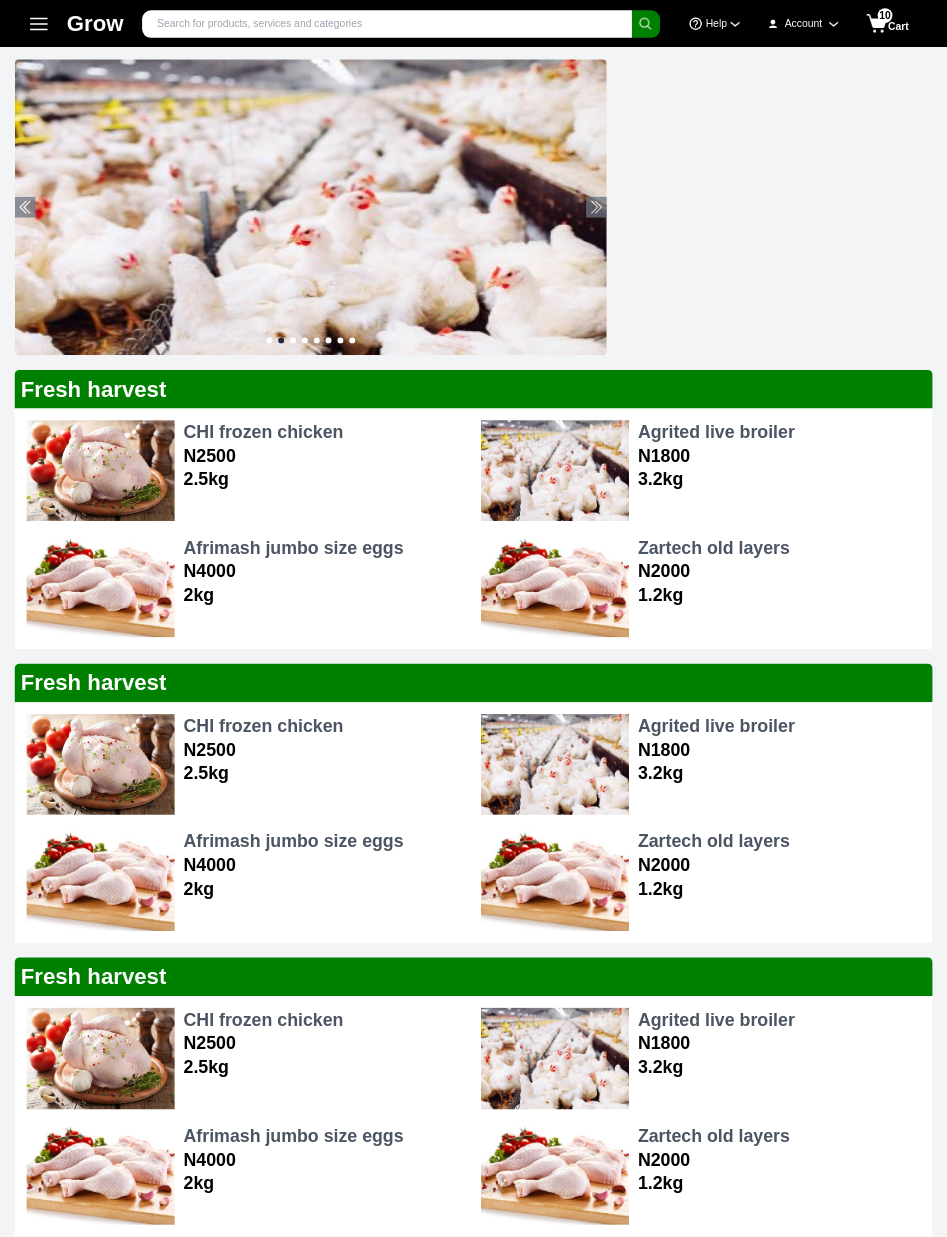
Repository: IssaMuiz/ifarmstock
Page: /
An editor plug-in stored every save of this project. The page is shown before and after the next save, followed by the edit.
The browser window is 1280 px wide. The pictures show the whole page, at 74% of full size.
The project was rebuilt for these pictures with package versions that can differ from the ones it lists, and the page was loaded fresh each time. The framework's server and built-in components were replaced by stand-ins that run in the browser. Also part of the build but not shown: next.config.mjs.

Above is the page before, as saved 2024-08-31 02:12:01.

### app/layout.tsx
import "@/styles/globals.css";

export const metadata = {
  title: "Grow",
  description: "Livestock farming e-commerce application",
};

export default function RootLayout({
  children,
}: {
  children: React.ReactNode;
}) {
  return (
    <html lang="en">
      <body className="bg-gray-100 h-auto w-auto">
        <section>{children}</section>
      </body>
    </html>
  );
}

### app/page.tsx
"use client";
import ProductCardToday from "@/components/productcardToday";
import ProductSlider from "@/components/productSlider";
import ClientLayout from "@/components/clientLayout";

const Home = () => {
  return (
    <ClientLayout>
      <div className="pt-20 mx-5">
        <div>
          <ProductSlider />

          <div className="bgColor text w-full h-auto mt-5 text-3xl p-2 rounded-t-md font-semibold">
            Fresh harvest
          </div>
          <ProductCardToday />
          <div className="bgColor text w-full h-auto mt-5 text-3xl p-2 rounded-t-md font-semibold">
            Fresh harvest
          </div>
          <ProductCardToday />
          <div className="bgColor text w-full h-auto mt-5 text-3xl p-2 rounded-t-md font-semibold">
            Fresh harvest
          </div>
          <ProductCardToday />
        </div>
      </div>
    </ClientLayout>
  );
};

export default Home;

### styles/globals.css
@tailwind base;
@tailwind components;
@tailwind utilities;

.scrollbar {
  scrollbar-width: thin;
  scrollbar-color: gray #313131;
}

.bgColor {
  background-color: green;
}

.text {
  color: white;
}

body {
  font-family: Arial, Helvetica, sans-serif;
  font-size: 14px;
}

### components/productcardToday.tsx
import Image from "next/image";
import poultryProduct from "../models/poultryProduct.json";
const ProductCardToday = () => {
  return (
    <div className="bg-white h-auto p-4">
      <div className="grid grid-cols-2 gap-5">
        {poultryProduct.map((product, index) => (
          <div key={index} className="flex gap-3">
            <Image src={product.image} alt="poultry" width={200} height={200} />
            <div className="text-2xl font-semibold">
              <p className="text-gray-600">{product.name}</p>
              <p>N{product.Price}</p>
              <p>{product.weight}</p>
            </div>
          </div>
        ))}
      </div>
    </div>
  );
};

export default ProductCardToday;

### components/productSlider.tsx
"use client";
import Image from "next/image";
import { useEffect, useState } from "react";

const ProductSlider = () => {
  const images = [
    "/assets/images/poultry-image1-slider.jpg",
    "/assets/images/poultry-image2-slider.jpg",
    "/assets/images/poultry-image3-slider.jpg",
    "/assets/images/poultry-image4-slider.jpg",
    "/assets/images/poultry-image5-slider.jpg",
    "/assets/images/poultry-image6-slider.jpg",
    "/assets/images/poultry-image7-slider.jpg",
    "/assets/images/catfish-image1-slider.jpg",
  ];

  const [index, setIndex] = useState(0);

  const handleSliceNext = () => {
    setIndex((index + 1) % images.length);
  };
  const handleSlicePrev = () => {
    setIndex((index - 1) % images.length);
  };

  const handleIndicatorClick = (i: number) => {
    setIndex(i);
  };

  useEffect(() => {
    const intervalId = setInterval(() => {
      handleSliceNext();
    }, 5000);
    return () => clearInterval(intervalId);
  }, [index]);
  return (
    <div className="relative w-[800px] overflow-hidden">
      <div
        className="flex transition-transform duration-500 ease-in-out"
        style={{ transform: `translateX(-${index * 100}%)` }}
      >
        {images.map((image, i) => (
          <div key={i} className="min-w-full">
            <Image
              className="h-[400px] rounded-md"
              src={image}
              alt={`Slide ${i + 1}`}
              width={800}
              height={200}
            />
          </div>
        ))}
      </div>
      <button
        type="button"
        onClick={handleSlicePrev}
        className="absolute left-0 top-1/2 tranform -translate-y-1/2 bg-gray-500 text-white px-1 py-1 opacity-75 hover:opacity-100 transition-opacity"
      >
        <Image
          className=""
          src="/assets/icons/arrow-left.png"
          alt="arrow-right-icon"
          width={20}
          height={20}
        />
      </button>
      <button
        type="button"
        onClick={handleSliceNext}
        className="absolute right-0 top-1/2 tranform -translate-y-1/2 bg-gray-500 text-white px-1 py-1 opacity-75 hover:opacity-100 transition-opacity"
      >
        <Image
          className=""
          src="/assets/icons/right-arrow.png"
          alt="arrow-right-icon"
          width={20}
          height={20}
        />
      </button>
      <div className="absolute bottom-4 left-0 right-0 flex justify-center space-x-2">
        {images.map((_, i) => (
          <button
            key={i}
            onClick={() => handleIndicatorClick(i)}
            className={`w-2 h-2 rounded-full ${
              index === i ? "bg-gray-800" : "bg-white"
            }`}
          />
        ))}
      </div>
    </div>
  );
};

export default ProductSlider;

### components/clientLayout.tsx
"use client";
import Navbar from "@/components/navbar";
import Sidenav from "@/components/sidenav";
import { useState, createContext } from "react";

export const SidebarContext = createContext({
  isOpen: false,
  toggleSidebar: () => {},
});

const ClientLayout = ({ children }: { children: React.ReactNode }) => {
  const [isOpen, setIsOpen] = useState(false);

  const toggleSidebar = () => {
    setIsOpen((prev) => !prev);
  };
  return (
    <SidebarContext.Provider value={{ isOpen, toggleSidebar }}>
      <Navbar />
      <Sidenav />
      <div
        className={`fixed inset-0 bg-black transition-opacity duration-300 ease-in-out z-10 ${
          isOpen
            ? "opacity-70 pointer-events-auto"
            : "opacity-0 pointer-events-none"
        }`}
        onClick={toggleSidebar}
      ></div>
      <section
        className={`relative z-0 transition-all duration-300 ease-in-out `}
      >
        {children}
      </section>
    </SidebarContext.Provider>
  );
};

export default ClientLayout;

### models/poultryProduct.json
[
  {
    "image": "/assets/images/poultry-image1-slider.jpg",
    "name": "CHI frozen chicken",
    "Price": "2500",
    "weight": "2.5kg"
  },
  {
    "image": "/assets/images/poultry-image2-slider.jpg",
    "name": "Agrited live broiler",
    "Price": "1800",
    "weight": "3.2kg"
  },
  {
    "image": "/assets/images/poultry-image5-slider.jpg",
    "name": "Afrimash jumbo size eggs",
    "Price": "4000",
    "weight": "2kg"
  },
  {
    "image": "/assets/images/poultry-image5-slider.jpg",
    "name": "Zartech old layers",
    "Price": "2000",
    "weight": "1.2kg"
  }
]

### components/navbar.tsx
"use client";
import Image from "next/image";
import { useContext } from "react";
import { SidebarContext } from "./clientLayout";
const Navbar = () => {
  const { toggleSidebar } = useContext(SidebarContext);
  return (
    <nav className="fixed bg-black text w-full h-16 flex items-center justify-between top-0 left-0 right-0 px-10 z-10">
      <button onClick={toggleSidebar}>
        <svg
          className="fill-white hover:fill-[green] cursor-pointer"
          xmlns="http://www.w3.org/2000/svg"
          viewBox="0 0 50 50"
          width="25px"
          height="25px"
        >
          <path d="M 3 8 A 2.0002 2.0002 0 1 0 3 12 L 47 12 A 2.0002 2.0002 0 1 0 47 8 L 3 8 z M 3 23 A 2.0002 2.0002 0 1 0 3 27 L 47 27 A 2.0002 2.0002 0 1 0 47 23 L 3 23 z M 3 38 A 2.0002 2.0002 0 1 0 3 42 L 47 42 A 2.0002 2.0002 0 1 0 47 38 L 3 38 z" />
        </svg>
      </button>
      <div className="Leftnav text text-3xl font-semibold cursor-pointer ml-5">
        Grow
      </div>
      <div className="Middlenav flex flex-1 mx-5 max-w-[700px] items-center">
        <input
          className=" px-5 py-2 w-full rounded-l-xl text-black outline-none"
          type="text"
          placeholder="Search for products, services and categories"
        />
        <div className="h-[37px] w-10 bgColor pt-2 pl-2 rounded-r-xl cursor-pointer">
          <Image
            className=""
            src="/assets/icons/search.png"
            alt="search-icon"
            width={20}
            height={20}
          />
        </div>
      </div>
      <div className="Rightnav flex items-center justify-between gap-3">
        <div className="flex items-center gap-1 cursor-pointer rounded-md p-3 hover:bg-[green]">
          <Image
            src="/assets/icons/help.png"
            alt="help-icon"
            width={20}
            height={20}
          />
          <p className="">Help</p>
          <Image
            src="/assets/icons/arrow-down.png"
            alt="help-icon"
            width={15}
            height={15}
          />
        </div>
        <div className="flex items-center gap-2  cursor-pointer rounded-md p-3 hover:bg-[green]">
          <Image
            src="/assets/icons/account.png"
            alt="help-icon"
            width={15}
            height={15}
          />
          <p>Account</p>
          <Image
            src="/assets/icons/arrow-down.png"
            alt="help-icon"
            width={15}
            height={15}
          />
        </div>
        <div className="flex relative cursor-pointer p-3 hover:bg-[green] rounded-md">
          <Image
            src="/assets/icons/cart.png"
            alt="cart-icon"
            width={30}
            height={20}
          />
          <p className="bg-white h-5 w-5 rounded-full text-black absolute left-7 bottom-7 text-center font-semibold">
            10
          </p>
          <p className="font-semibold mt-2 ">Cart</p>
        </div>
      </div>
    </nav>
  );
};

export default Navbar;

### components/sidenav.tsx
"use client";
import Image from "next/image";
import Link from "next/link";
import { useState } from "react";
import { useContext } from "react";
import { SidebarContext } from "./clientLayout";
const Sidenav = () => {
  const [categories, setCategories] = useState([
    {
      id: "1",
      name: "Broiler",
      expanded: false,
      arrowIcon: "/assets/icons/arrow-icon--right.png",
      dropdownlink: [
        { name: "Day Old Chicks", link: "/" },
        { name: "Matured Broilers", link: "/" },
        { name: "Frozen Chicken", link: "/" },
      ],
    },
    {
      id: "2",
      name: "Layers",
      expanded: false,
      arrowIcon: "/assets/icons/arrow-icon--right.png",
      dropdownlink: [
        { name: "Pullet", link: "/" },
        { name: "Point Of Lay", link: "/" },
        { name: "Old Layers", link: "/" },
      ],
    },
    {
      id: "3",
      name: "Catfish",
      expanded: false,

      arrowIcon: "/assets/icons/arrow-icon--right.png",
      dropdownlink: [
        { name: "Fingerlings/Juvenile", link: "/" },
        { name: "Matured Catfish", link: "/" },
        { name: "Smoked Catfish", link: "/" },
      ],
    },
  ]);

  const handleDropdown = (id: string) => {
    setCategories((prev) =>
      prev.map((category) =>
        category.id === id
          ? { ...category, expanded: !category.expanded }
          : category
      )
    );
  };

  const { isOpen } = useContext(SidebarContext);
  return (
    <nav
      className={`fixed h-auto z-20 left-0 top-0 bottom-0 w-[300px] transform transition-transform duration-300  bg-gray-100 ${
        isOpen ? "translate-x-0" : "-translate-x-full"
      }`}
    >
      <div className="bgColor h-14 flex items-center text text-2xl pl-5 font-semibold gap-3">
        <Image
          src="/assets/icons/account.png"
          alt="profile-icon"
          height={25}
          width={25}
        />
        <p>Hello User</p>
      </div>
      <div className="overflow-scroll overflow-x-hidden scrollbar pb-5">
        {categories.map((category) => (
          <div onClick={() => handleDropdown(category.id)} key={category.id}>
            <div className="text-lg flex justify-between items-center font-semibold hover:bg-gray-300 mt-5 p-2 cursor-pointer">
              <div>{category.name}</div>

              <Image
                className={`${
                  category.expanded &&
                  "rotate-90 duration-300 transition-transform"
                } h-4 w-4`}
                src={category.arrowIcon}
                alt="arrow-icon"
                width={3}
                height={3}
              />
            </div>

            <div>
              {category.expanded && (
                <div>
                  {category.dropdownlink.map((dropdown, index) => (
                    <div className="hover:bg-gray-300" key={index}>
                      <Link href={dropdown.link}>
                        <div className="p-3 text-md ">{dropdown.name}</div>
                      </Link>
                    </div>
                  ))}
                </div>
              )}
            </div>
          </div>
        ))}
      </div>
    </nav>
  );
};

export default Sidenav;

Loaded but not shown: tailwind.config.ts (common file)

After the next save:
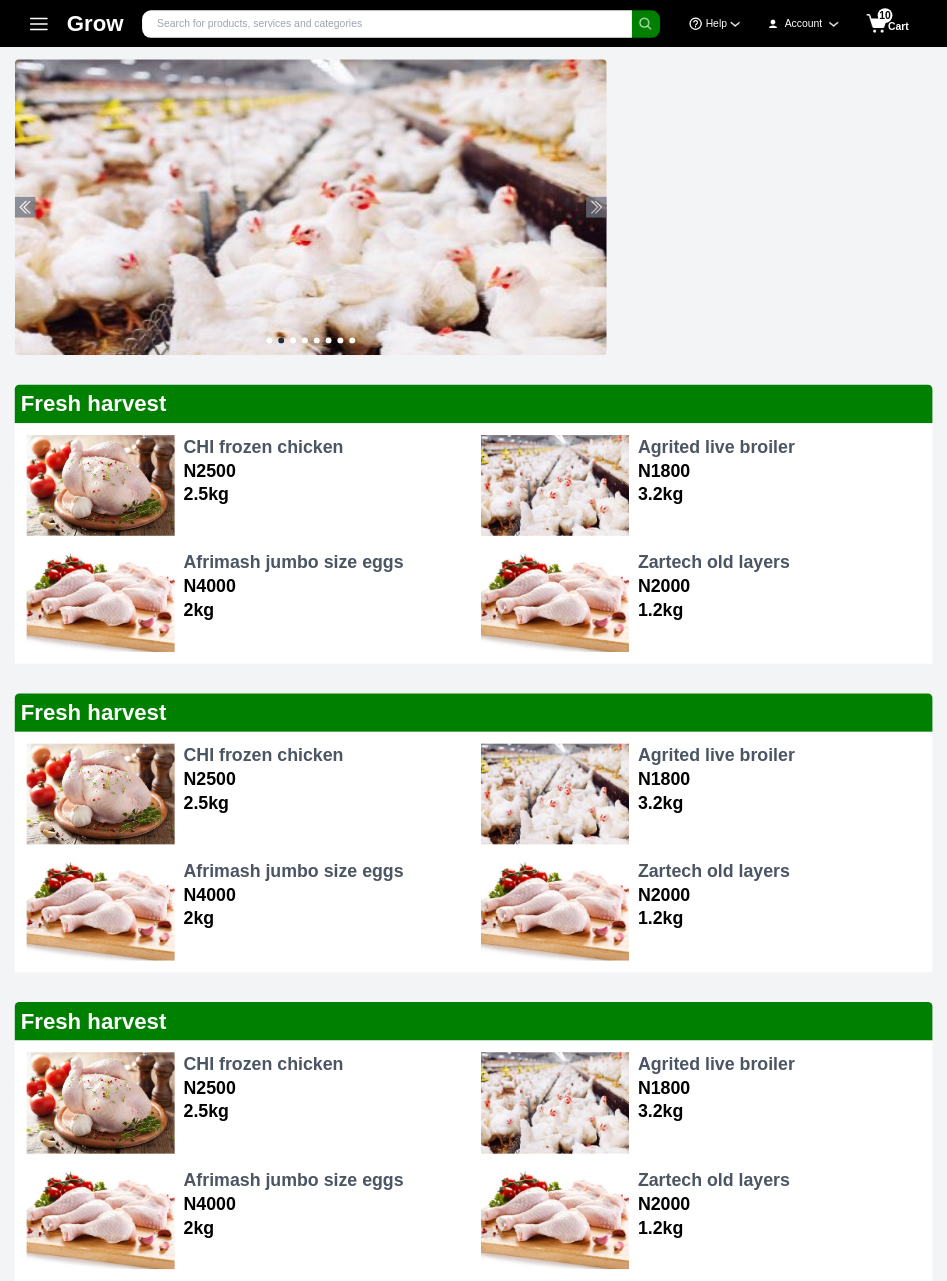
Saved 3 min 7 s later.
--- a/app/page.tsx
+++ b/app/page.tsx
@@ -10,15 +10,15 @@ const Home = () => {
         <div>
           <ProductSlider />
 
-          <div className="bgColor text w-full h-auto mt-5 text-3xl p-2 rounded-t-md font-semibold">
+          <div className="bgColor text w-full h-auto mt-10 text-3xl p-2 rounded-t-md font-semibold">
             Fresh harvest
           </div>
           <ProductCardToday />
-          <div className="bgColor text w-full h-auto mt-5 text-3xl p-2 rounded-t-md font-semibold">
+          <div className="bgColor text w-full h-auto mt-10 text-3xl p-2 rounded-t-md font-semibold">
             Fresh harvest
           </div>
           <ProductCardToday />
-          <div className="bgColor text w-full h-auto mt-5 text-3xl p-2 rounded-t-md font-semibold">
+          <div className="bgColor text w-full h-auto mt-10 text-3xl p-2 rounded-t-md font-semibold">
             Fresh harvest
           </div>
           <ProductCardToday />
